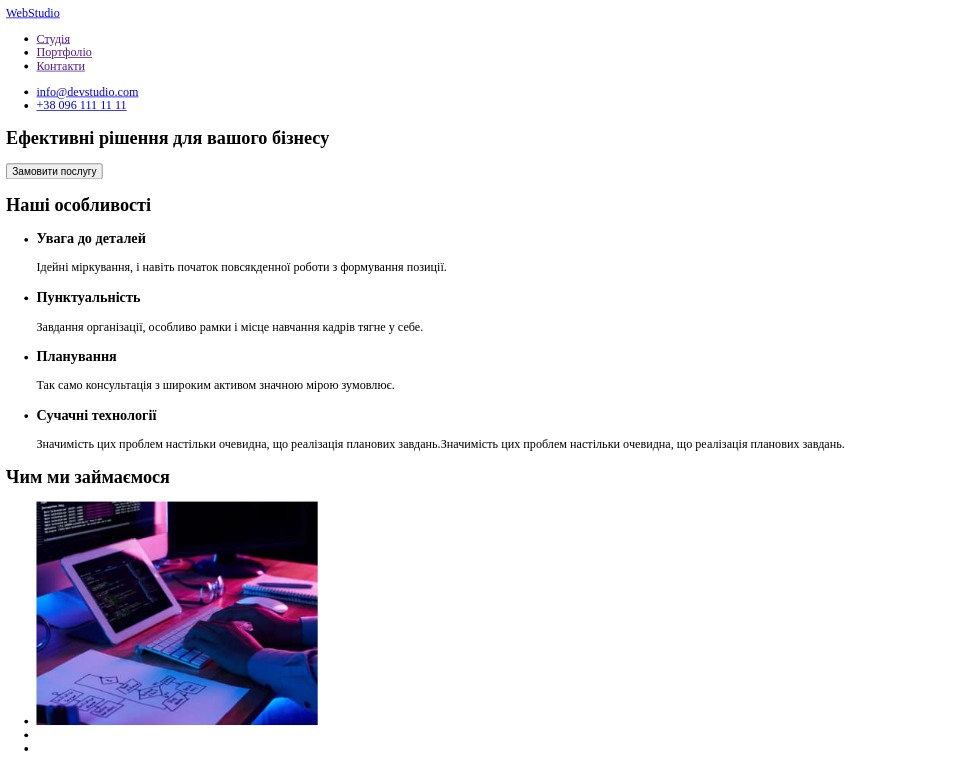
Repository: Mariia2811/goit-markup-hw-03
Page: index.html
These files come from the project's save history. The page is drawn as it stood at one moment and after a run of saves; the edit follows.
The browser window is 1280 px wide. The pictures show the whole page, at 76% of full size.

Above is the page before, as saved 2022-11-16 13:46:43.

After the next 6 saves:
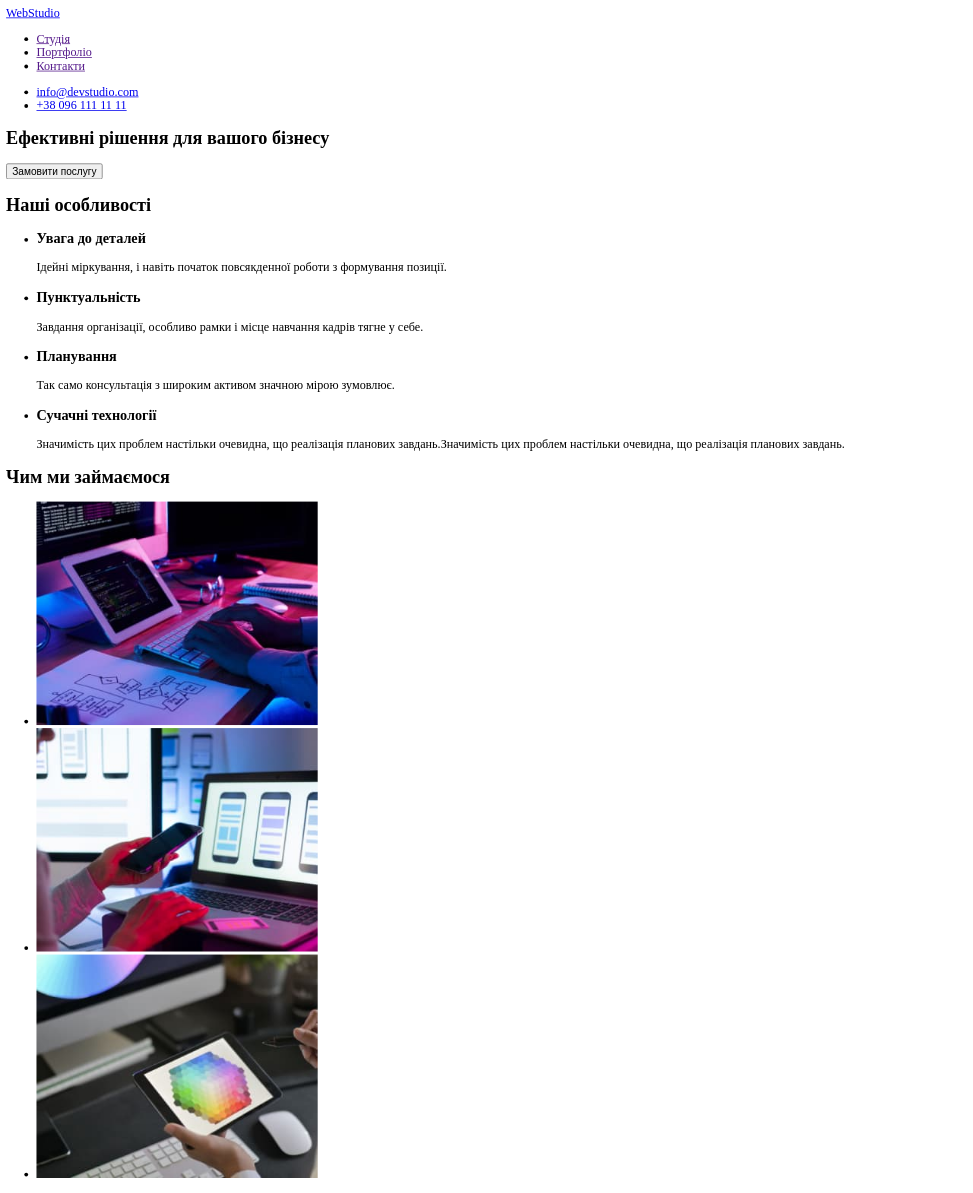
The 6 saves are shown as one change because they came seconds apart.
The last was saved 16 s later.
--- a/index.html
+++ b/index.html
@@ -51,8 +51,8 @@
             <h2>Чим ми займаємося</h2>
             <ul>
                 <li><img src="./images/coding.jpg" alt=""></li>
-                <li><img src="" alt=""></li>
-                <li><img src="" alt=""></li>
+                <li><img src="./images/optimization.jpg" alt=""></li>
+                <li><img src="./images/tablet.jpg" alt=""></li>
             </ul>
         </section>
         <section></section>
